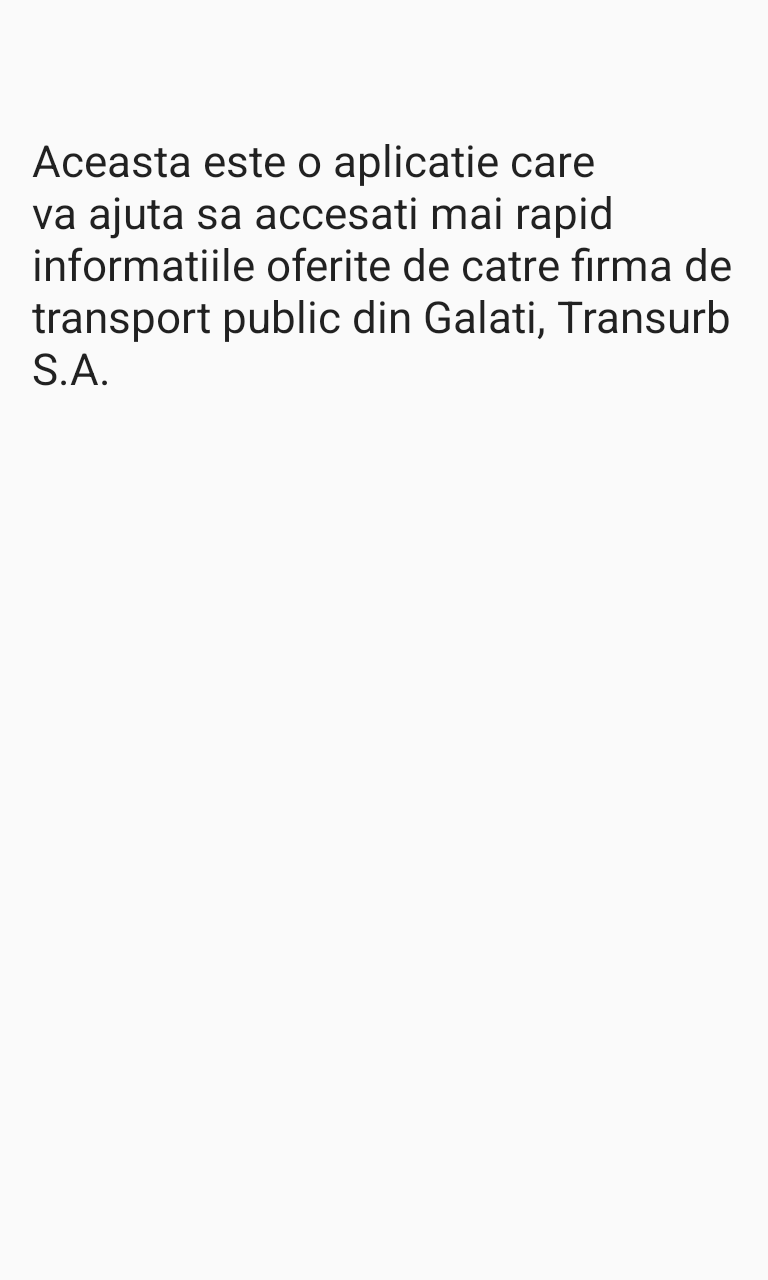
Repository: teoturcu/testdis
Layout: Trans/res/layout/fragment_main.xml
The author's editor kept a copy of each file at every save. The layout is drawn from the files as they stood at one save, then again after the next save.
It is drawn on a 768 x 1280 px phone screen (xhdpi) without system bars, with theme AppTheme; the app's code is not run.

Above is the layout before, as saved 2015-03-29 17:14:16.

### Trans/res/layout/fragment_main.xml
<RelativeLayout xmlns:android="http://schemas.android.com/apk/res/android"
    xmlns:tools="http://schemas.android.com/tools"
    android:layout_width="match_parent"
    android:layout_height="match_parent"
    android:paddingBottom="@dimen/activity_vertical_margin"
    android:paddingLeft="@dimen/activity_horizontal_margin"
    android:paddingRight="@dimen/activity_horizontal_margin"
    android:paddingTop="@dimen/activity_vertical_margin"
    tools:context="com.example.trans.MainActivity$PlaceholderFragment" >

    <TextView
        android:id="@+id/section_label"
        android:layout_width="wrap_content"
        android:layout_height="wrap_content" />

    <TextView
        android:id="@+id/textView1"
        android:layout_width="wrap_content"
        android:layout_height="wrap_content"
        android:layout_alignLeft="@+id/section_label"
        android:layout_below="@+id/section_label"
        android:layout_marginTop="30dp"
        android:text="Aceasta este o aplicatie care va ajuta sa accesati mai rapid informatiile oferite de catre firma de transport public din Galati, Transurb S.A."
        android:textAppearance="?android:attr/textAppearanceLarge" />

</RelativeLayout>

Loaded but not shown: Trans/res/values/styles.xml (common file); Trans/res/values-v11/styles.xml (common file); Trans/res/values-v14/styles.xml (common file); Trans/res/values/dimens.xml (common file); Trans/res/values-w820dp/dimens.xml (common file)

After the next save:
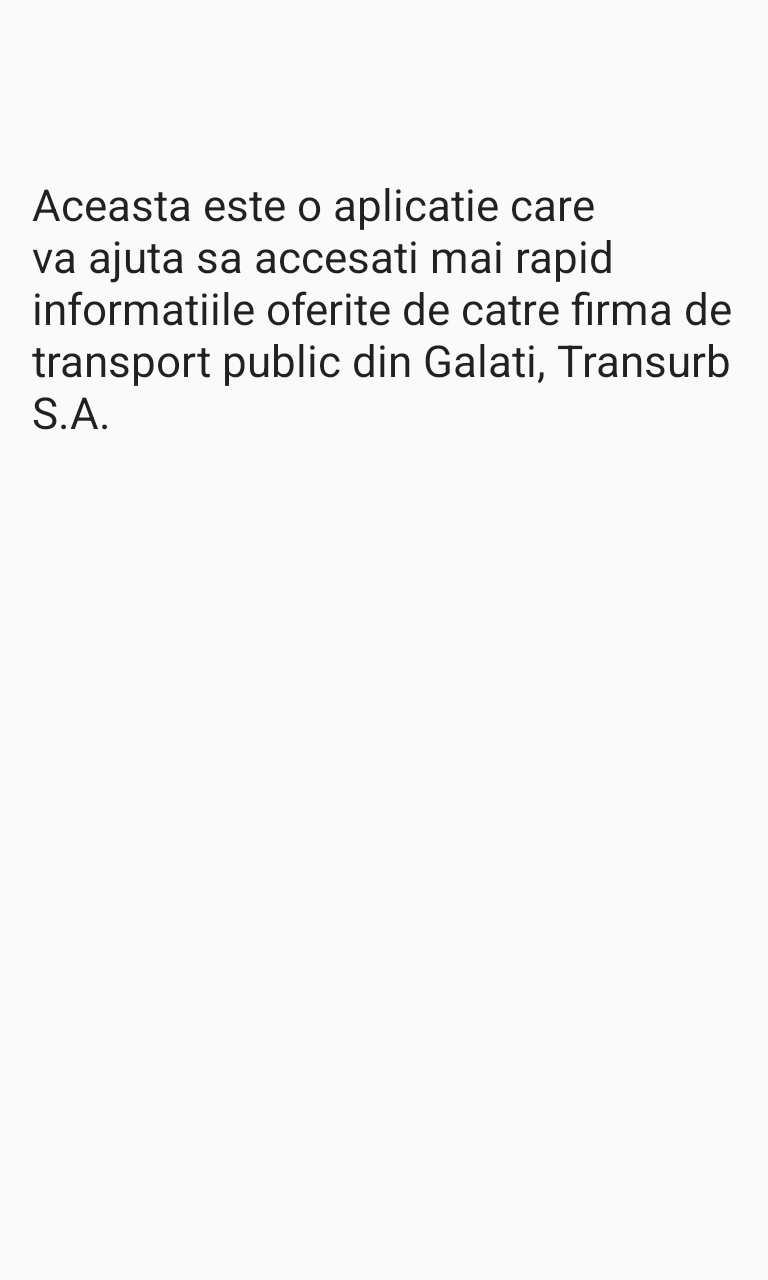
Saved 33 s later.
--- a/Trans/res/layout/fragment_main.xml
+++ b/Trans/res/layout/fragment_main.xml
@@ -19,7 +19,7 @@
         android:layout_height="wrap_content"
         android:layout_alignLeft="@+id/section_label"
         android:layout_below="@+id/section_label"
-        android:layout_marginTop="30dp"
+        android:layout_marginTop="52dp"
         android:text="Aceasta este o aplicatie care va ajuta sa accesati mai rapid informatiile oferite de catre firma de transport public din Galati, Transurb S.A."
         android:textAppearance="?android:attr/textAppearanceLarge" />
 
